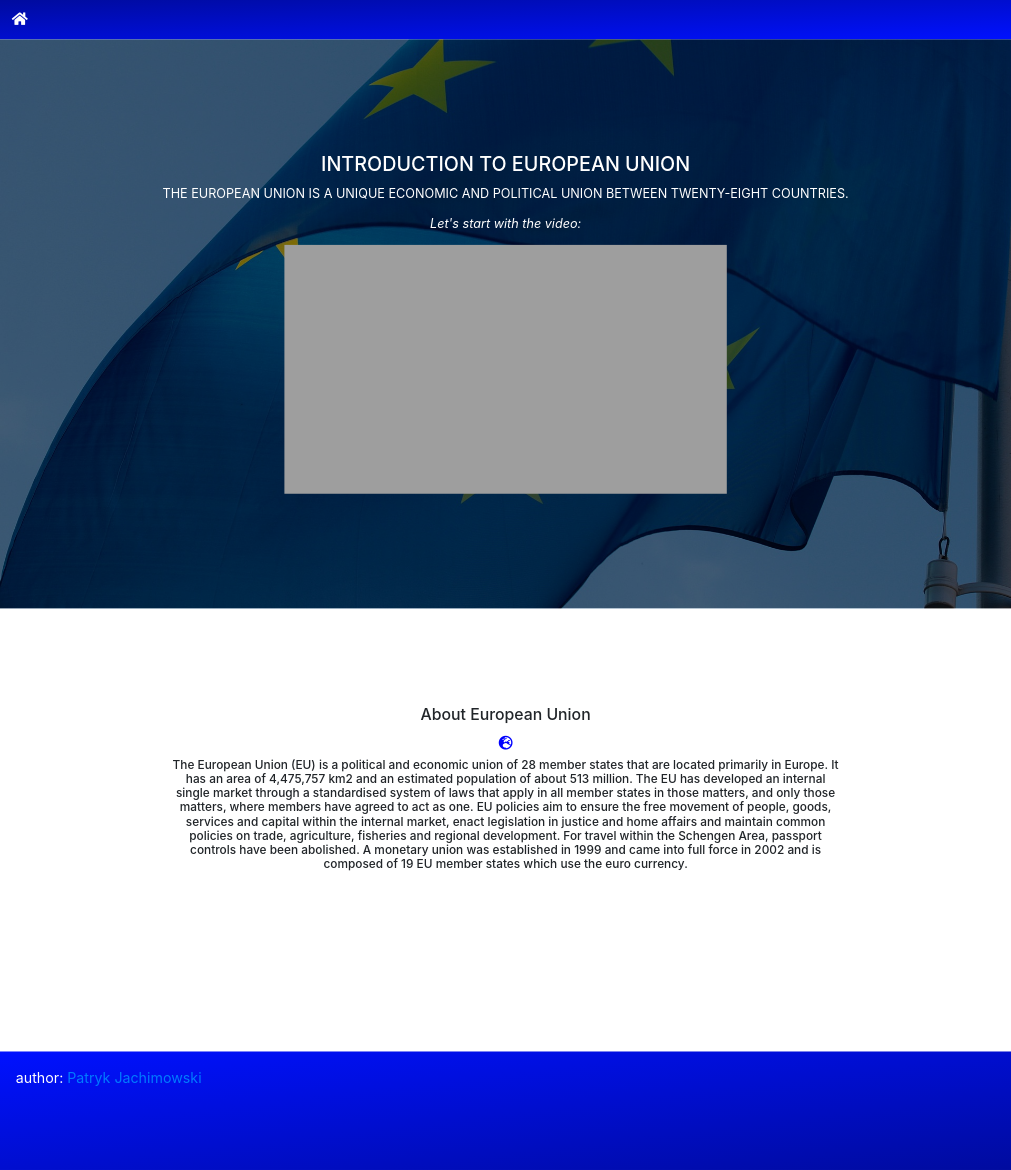
Repository: pjachimowski/renewable
Page: index.html
The author's editor kept a record of every edit. The page is drawn from the files as they stood at one moment, then again after the next edit.
The browser window is 1280 px wide. The pictures show the whole page, at 79% of full size.
Pictures or frames that could not be fetched are drawn as grey boxes. Backgrounds fixed to the window are drawn as part of the page. Some web fonts or font styles are not loaded; a fallback is used. Some web libraries are served in a nearby version.

Above is the page before.
Console error: ReferenceError: mycrossfilter is not defined

### index.html
<!DOCTYPE html>
<html lang="en">

<head>
    <meta charset="UTF-8">
    <meta name="viewport" content="width=device-width, initial-scale=1.0">
    <meta http-equiv="X-UA-Compatible" content="ie=edge">

    <title>EU Stats</title>

    <link rel="stylesheet" href="static/css/style.css" type="text/css" />
    <link rel="stylesheet" href="static/css/dc.min.css" type="text/css" />
    <link rel="stylesheet" href="static/css/bootstrap.min.css" type="text/css" />
    <link rel="stylesheet" href="https://maxcdn.bootstrapcdn.com/bootstrap/4.1.3/css/bootstrap.min.css">
    <link rel="stylesheet" href="https://use.fontawesome.com/releases/v5.6.1/css/all.css" integrity="sha384-gfdkjb5BdAXd+lj+gudLWI+BXq4IuLW5IT+brZEZsLFm++aCMlF1V92rMkPaX4PP" crossorigin="anonymous">
    <link href="https://fonts.googleapis.com/css?family=Akronim|Raleway" rel="stylesheet">


    <script type="text/javascript" src="static/js/d3.min.js"></script>
    <script type="text/javascript" src="static/js/crossfilter.min.js"></script>
    <script type="text/javascript" src="static/js/dc.min.js"></script>
    <script type="text/javascript" src="static/js/queue.min.js"></script>
    <script type="text/javascript" src="static/js/graphs2.js"></script>
</head>

<body>

    <!-- navbar --------------------------------------------------------------------------------------------->

    <nav class="mynavbar navbar-expand-sm">
        <div>
            <a href="../index.html">
                <p class="fas fa-home home"></p>
            </a>
        </div>
    </nav>

    <!-- callout --------------------------------------------------------------------------------------------->

    <section class="container-callout container-fluid">
        <div class="opaque-overlay">&nbsp;</div>
        <div class="row">
            <div class="col-12 text-center">
                <div>
                    <h1 class="title1">Introduction to European Union</h1>
                </div>
                <div>
                    <p class="title2">The European Union is a unique economic and political union between twenty-eight countries.
                    </p>
                    <p class="title3">Let's start with the video:</p>
                    <iframe width="560" height="315" src="https://www.youtube.com/embed/9eufLQ3sew0" frameborder="0" allow="accelerometer; autoplay; encrypted-media; gyroscope; picture-in-picture" allowfullscreen></iframe>
                </div>
            </div>
        </div>

    </section>
    <!------- intro ------->

    <section class="container-callout-2">
        <div class="row">
            <div class="col-2"></div>
            <div class="col-8 intro text-center">
                <div>
                    <h2>About European Union</h2>
                </div>
                <i class="fas fa-globe-europe devider"></i>
                <div>
                    <h4 class="text2">
                        The European Union (EU) is a political and economic union of 28 member states that are located primarily in Europe. It has an area of 4,475,757 km2 and an estimated population of about 513 million. The EU has developed an internal single market through
                        a standardised system of laws that apply in all member states in those matters, and only those matters, where members have agreed to act as one. EU policies aim to ensure the free movement of people, goods, services and capital
                        within the internal market, enact legislation in justice and home affairs and maintain common policies on trade, agriculture, fisheries and regional development. For travel within the Schengen Area, passport controls have been
                        abolished. A monetary union was established in 1999 and came into full force in 2002 and is composed of 19 EU member states which use the euro currency.
                    </h4>
                </div>
            </div>
            <div class="col-2"></div>
        </div>

    </section>


    <!---- graphs ------------------->


    <section>
        <div class="row chart1">
            <div col-2></div>
            <div class="col-10 card-styling">
                <div id="members_balance">
                </div>
            </div>
        </div>
        <div class="row chart1">
            <div id="year_accession"></div>
        </div>
        <div class="row chart1">
            <div id="council_votes"></div>
        </div>
        <div class="row chart1">
            <div id="parliament-seats"></div>
        </div>
    </section>

    <footer class="">
        <div class="footer">
            <p class="author">author: <a href="https://github.com/pjachimowski">Patryk Jachimowski</a></p>
        </div>
    </footer>
</body>

</html>

### static/css/style.css
html,
body {
    overflow-x: hidden;
}

body {
    font-family: "Railway", sans-serif;
}

/*------- navbar ---------------*/

.home {
    color: white;
    font-size: large;
    margin: 15px 15px 15px 15px;
}

.mynavbar {
    background-image: linear-gradient(to bottom right, #000B9F, #0011FF);
    position: relative;
    min-height: 50px;
    margin-bottom: 0px;

}

/*------- callout -----------*/

.container-callout {
    height: 100vh;
    background: url("../../assets/background1.jpg") no-repeat bottom right fixed;
    -webkit-background-size: cover;
    -moz-background-size: cover;
    -o-background-size: cover;
    background-size: cover;
    display: flex;
    align-items: center;
    justify-content: center;
    position: relative;
    margin-bottom: 50px;
}

.opaque-overlay {
    position: absolute;
    top: 0;
    left: 0;
    height: 100%;
    width: 100%;
    background-color: rgba(0, 0, 0, 0.5);
}

.title1 {
    color: white;
    text-transform: uppercase;

}

.title2 {
    font-size: medium;
    text-transform: uppercase;
    margin: 10px 50px 15px 50px;
    display: block;
    color: white;
}

.title3 {
    font-size: medium;
    font-style: italic;
    margin: 10px 50px 15px 50px;
    display: block;
    color: white;
}
/*---------- intro ----------*/

.container-callout-2 {
    height: 50vh;
    margin-bottom: 50px;
    -webkit-background-size: cover;
    -moz-background-size: cover;
    -o-background-size: cover;
    background-size: cover;
    display: flex;
    align-items: center;
    justify-content: center;
    position: relative;
}

.devider {
    color: blue;
    font-size: large;
    margin: 10px;
}

/* ----------- charts cointainers --------*/

.chart1 {
    display: block;
    margin: 15px 10px 25px 10px;
}




/* ---------- footer ---------*/

.footer {
    background-image: linear-gradient(to bottom right, #0011FF, #000B9F);
    min-height: 150px;
    width: 100%;
    color: white;
    position: relative;
}

.author {
    font-size: large;
    padding: 20px 40px 10px 20px;
}

### static/js/graphs2.js
queue()
    .defer(d3.csv, "data/states.csv")
    .await(makeGraphs);

function makeGraphs(error, statesData) {
    var ndx = crossfilter(statesData);

    show_members_balance(ndx);
    show_year_accession(ndx);

    // pie charts

    // show_council_votes(ndx);
    // show_parliament_seats(ndx);

    dc.renderAll();
}

/* ------ show_members_balance --------*/

function show_members_balance(ndx) {
    var dim = ndx.dimension(dc.pluck('European_Union'));
    var group = dim.group();

    dc.barChart("#members_balance")
        .width(400)
        .height(300)
        .margins({ top: 10, right: 50, bottom: 30, left: 50 })
        .dimension(dim)
        .group(group)
        .transitionDuration(500)
        .x(d3.scale.ordinal())
        .xUnits(dc.units.ordinal)
        .elasticY(true)
        .xAxisLabel("Countries in Europe")
        .yAxis().ticks(20);
}

/* ------ show_year_accession --------*/

function show_year_accession(ndx) {
    var dim = ndx.dimension(dc.pluck('Accession_Year'));
    var group = dim.group();

    dc.barChart("#year_accession")
        .width(400)
        .height(300)
        .margins({ top: 10, right: 50, bottom: 30, left: 50 })
        .dimension(dim)
        .group(group)
        .transitionDuration(500)
        .x(d3.scale.ordinal())
        .xUnits(dc.units.ordinal)
        .elasticY(true)
        .xAxisLabel("Countries in Europe")
        .yAxis().ticks(5);
}

/* ----- show_council_votes ------------*/


var pieChart = dc.pieChart('#council_votes');
// d3.csv("data/.csv", function(errors, people) {
// console.log(people);
// var mycrossfilter = crossfilter(people);

var councilDimension = mycrossfilter.dimension(function(data) {
    return data.council_votes;
});
var councilGroup = councilDimension.group().reduceCount();

pieChart
    .width(800)
    .height(300)
    .dimension(councilDimension)
    .group(councilGroup)
    .on('renderlet', function(chart) {
        chart.selectAll('rect').on('click', function(d) {
            console.log('click!', d);
        });
    });



/* ----- show_parliament_seats ------------*/

Loaded but not shown: static/css/dc.min.css (library); static/css/bootstrap.min.css (library); static/js/d3.min.js (library); static/js/crossfilter.min.js (library); static/js/dc.min.js (library); static/js/queue.min.js (common file)

After the next edit:
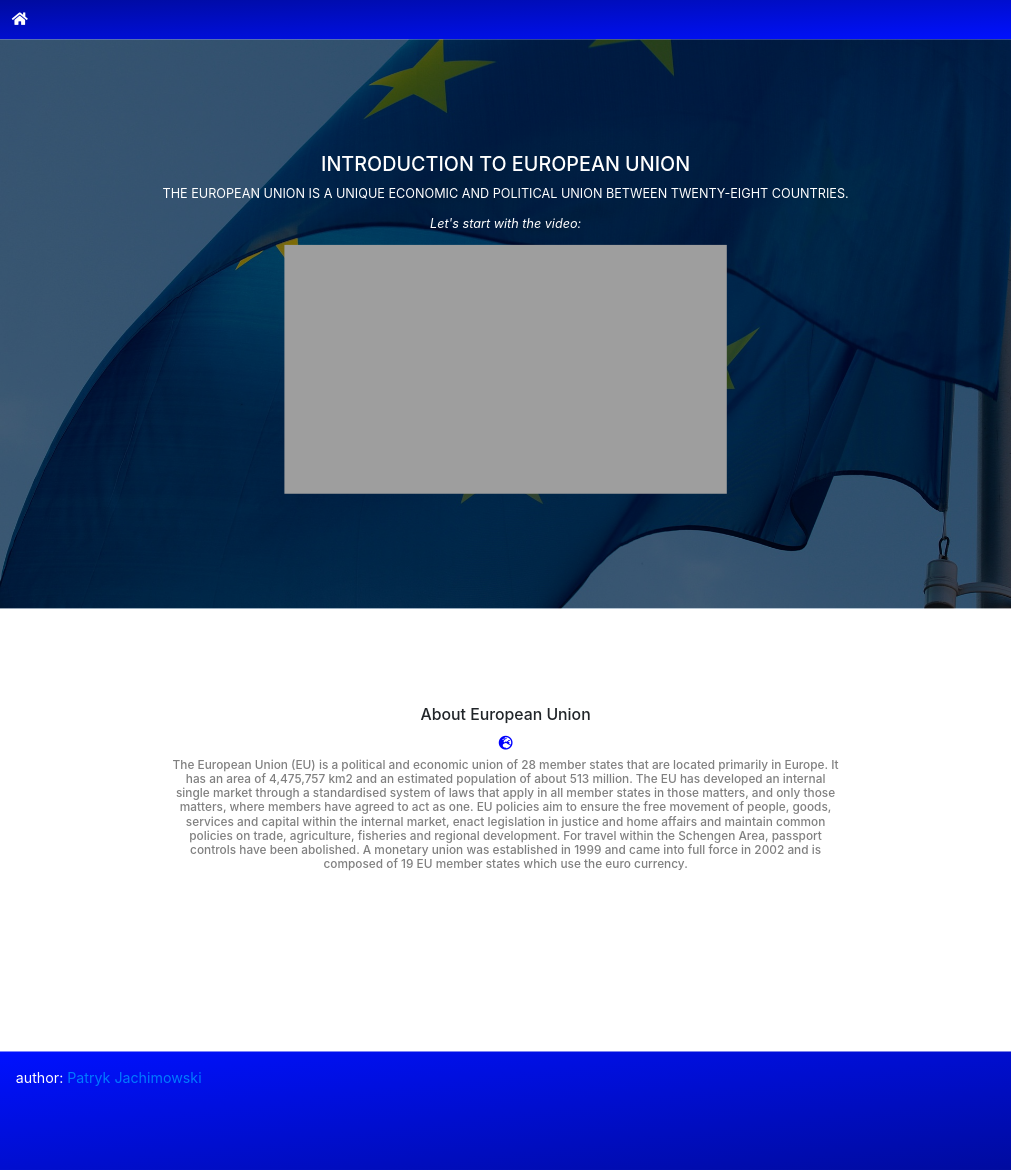
The edit:
--- a/static/css/style.css
+++ b/static/css/style.css
@@ -90,6 +90,10 @@
     margin: 10px;
 }
 
+.text2 {
+    color: gray;
+}
+
 /* ----------- charts cointainers --------*/
 
 .chart1 {
